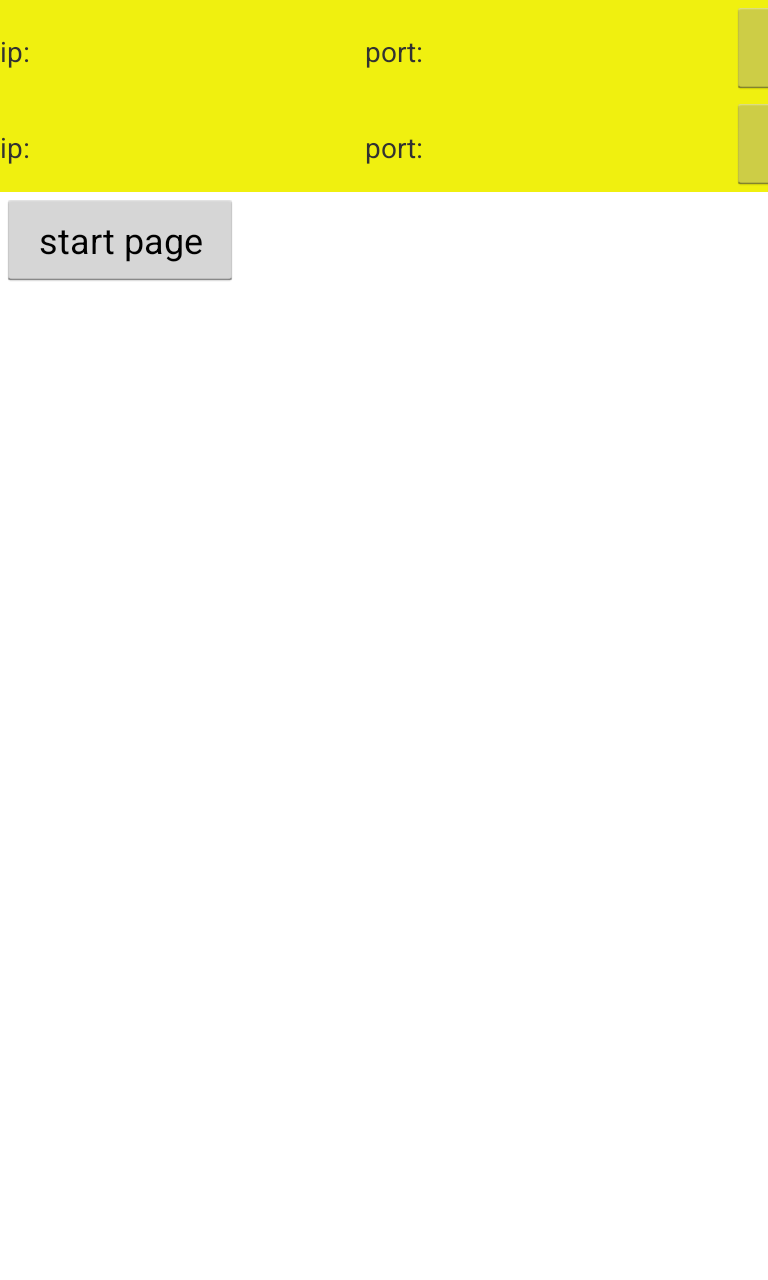
Repository: dthas/d_firewall_c
Layout: src/main/android/eclipse_project/dfirewall/res/layout/in_pl.xml
An editor plug-in stored every save of this project. The layout is shown before and after the next save, followed by the edit.
It is drawn on a 768 x 1280 px phone screen (xhdpi) without system bars, with theme AppTheme; the app's code is not run.

Above is the layout before, as saved 2017-02-07 09:25:20.

After the next save:
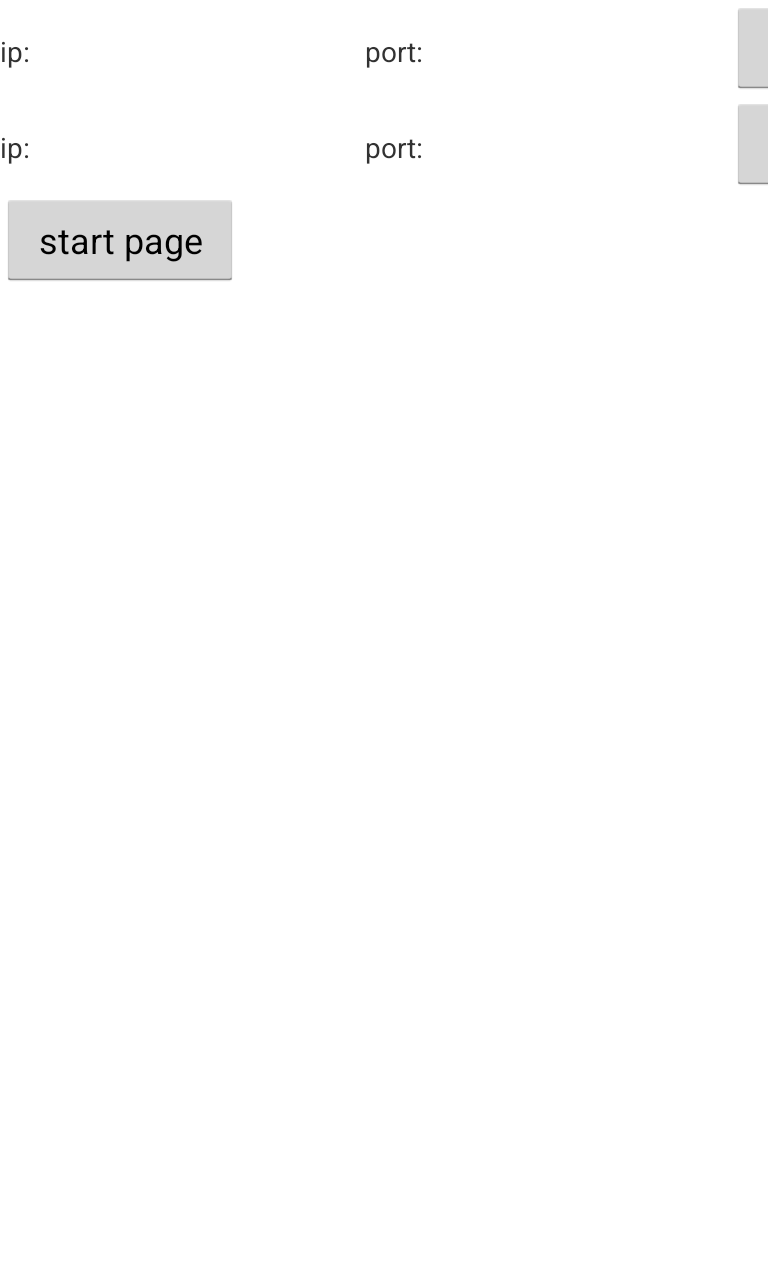
Saved 4 min 22 s later.
--- a/src/main/android/eclipse_project/dfirewall/res/layout/in_pl.xml
+++ b/src/main/android/eclipse_project/dfirewall/res/layout/in_pl.xml
@@ -6,8 +6,7 @@ android:orientation="vertical" >
     <LinearLayout
         android:layout_width="fill_parent"
 		android:layout_height="wrap_content"
-		android:orientation="horizontal"
-		android:background="#f0f00f">
+		android:orientation="horizontal" >
 
 	        <TextView
 				android:id="@+id/text_view_1"
@@ -48,8 +47,7 @@ android:orientation="vertical" >
     <LinearLayout
         android:layout_width="fill_parent"
 		android:layout_height="wrap_content"
-		android:orientation="horizontal"
-		android:background="#f0f00f">
+		android:orientation="horizontal">
 
 	        <TextView
 				android:id="@+id/text_view_3"
